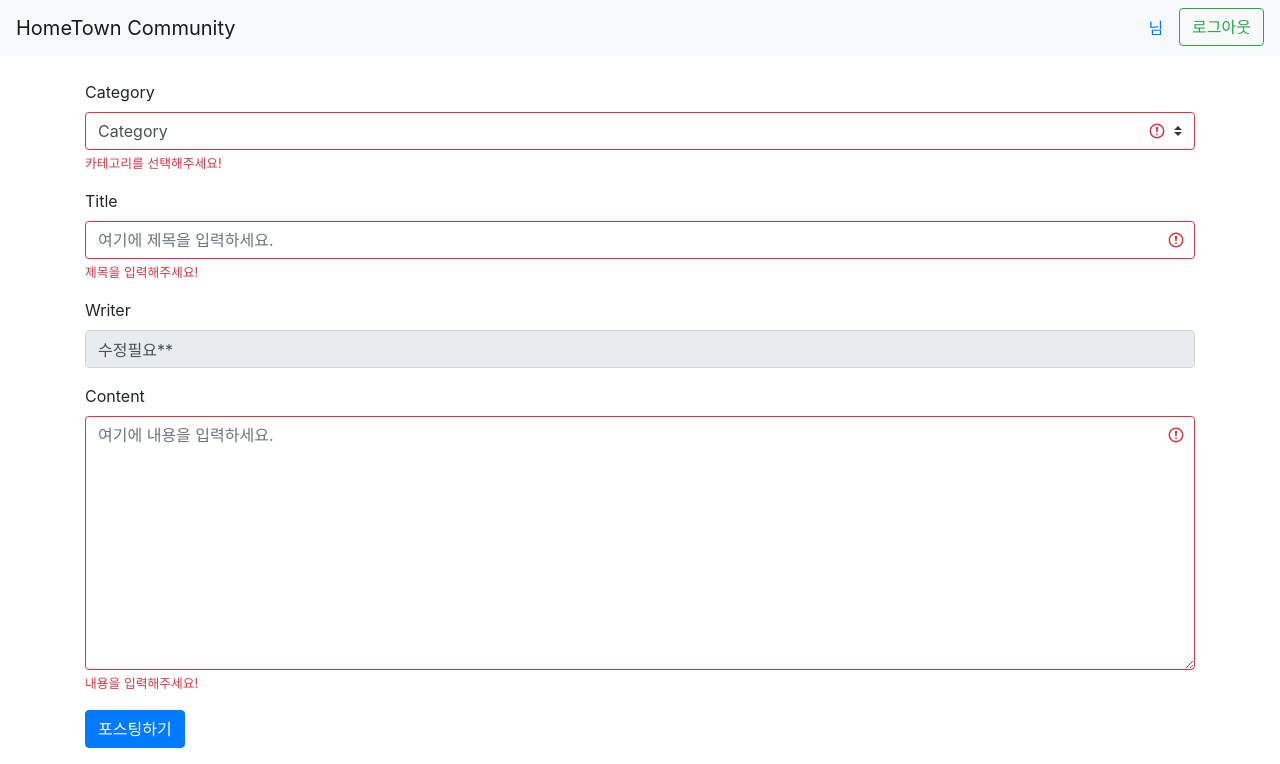
Repository: jisooo428/HomeCommunity
Page: http://localhost/hometownC/WEB-INF/views/hometownCviews/insertPostView.jsp
An editor plug-in stored every save of this project. The page is shown before and after the next save, followed by the edit.
The browser window is 1280 px wide. The pictures show the whole page.
The page is served by Tomcat 9. Nobody is signed in. The template is opened directly, without the code that normally fills it, so the values that code supplies are empty.

Above is the page before, as saved 2024-04-13 15:47:46.

After the next save:
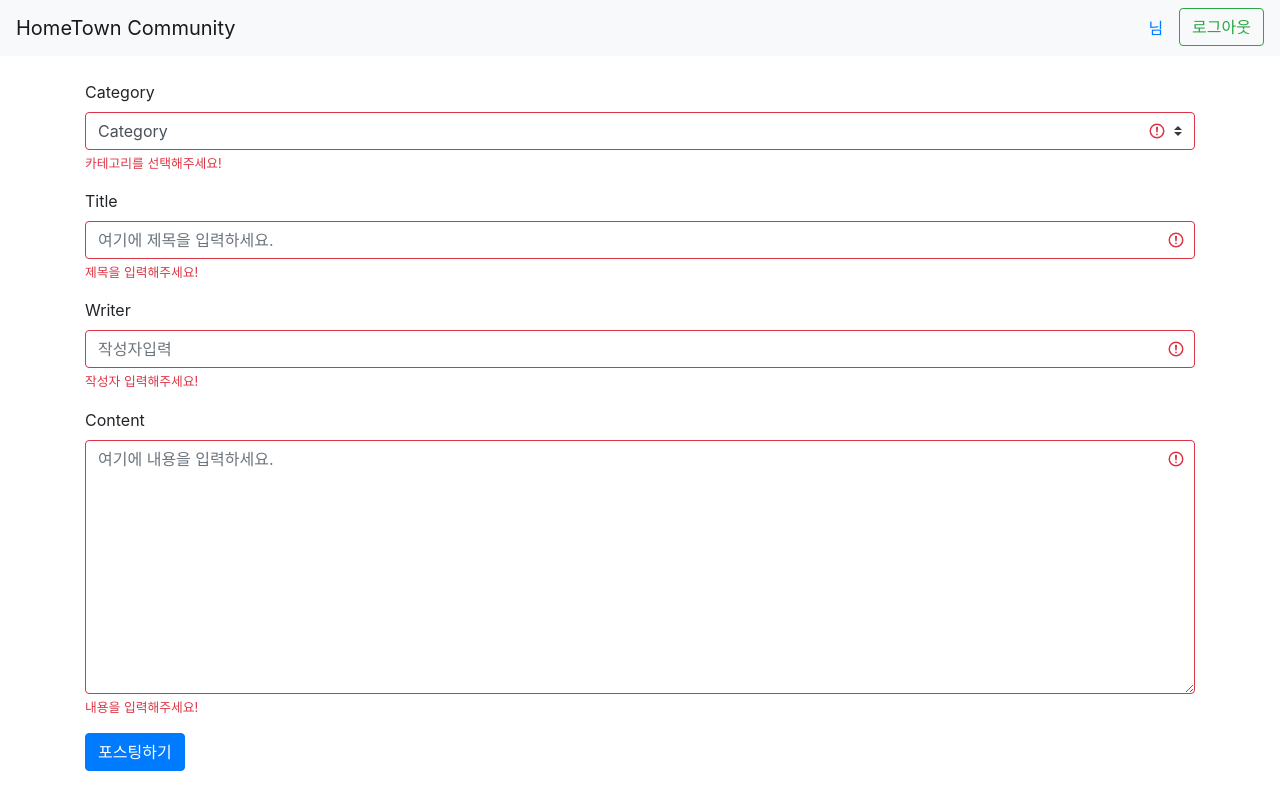
Saved 19 h 55 min later.
--- a/hometownC/src/main/webapp/WEB-INF/views/hometownCviews/insertPostView.jsp
+++ b/hometownC/src/main/webapp/WEB-INF/views/hometownCviews/insertPostView.jsp
@@ -57,7 +57,8 @@
 		<div class="form-group">
 			<label>Writer</label>
 			<input class="form-control"
-				type="text" value="수정필요**" readonly>
+			type="text" name="writer" placeholder="작성자입력" required>
+			<div class="invalid-feedback">작성자 입력해주세요!</div>
 		</div>
 
 		<div class="form-group">
